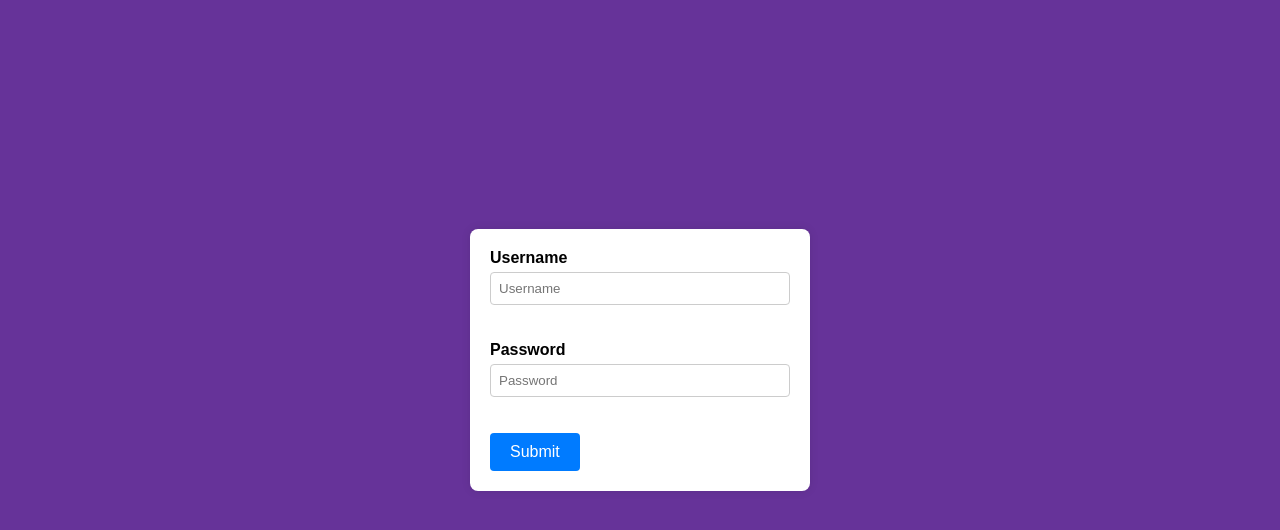
Repository: Ndifoinhilary/authentication
Page: http://localhost/auth/register/
The author's editor kept a copy of each file at every save. The page is drawn from the files as they stood at one save, then again after the next save.
The browser window is 1280 px wide. The pictures show the whole page.
The page is served by the project's application, run on Django 3.2 (manage.py).

Above is the page before, as saved 2024-01-05 06:52:28.

After the next save:
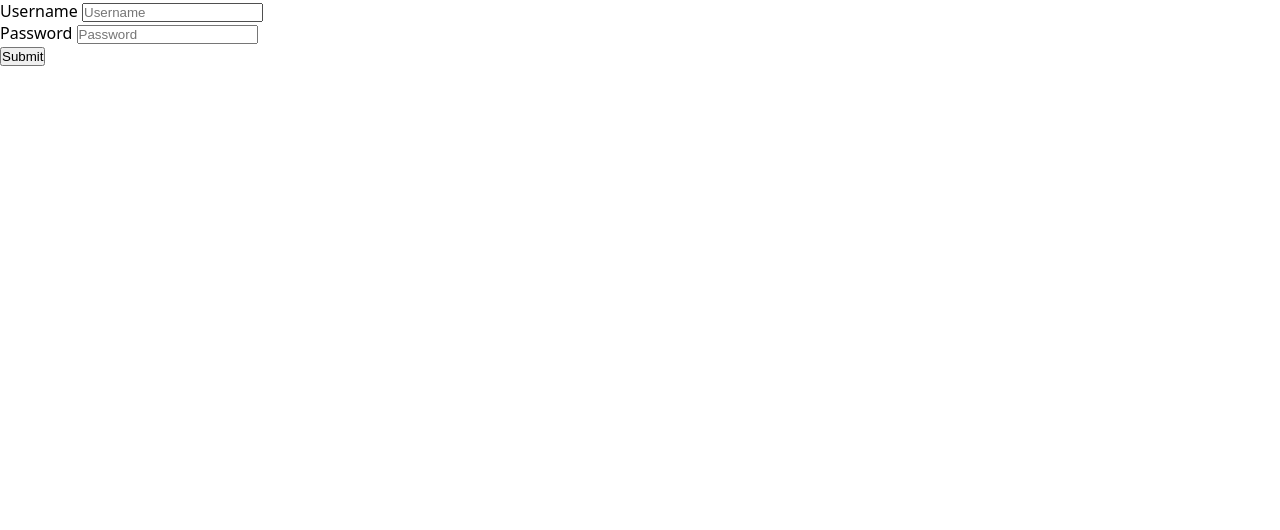
Saved 76 min 42 s later.
--- a/Auth/templates/register.html
+++ b/Auth/templates/register.html
@@ -5,7 +5,7 @@
 <head>
     <meta charset="UTF-8">
     <meta name="viewport" content="width=device-width, initial-scale=1.0">
-    <link rel='stylesheet' type='text/css' media='screen' href="{% static 'css/register.css' %}">
+    <link rel="stylesheet" href="{% static 'css/home.css' %}">
     <title>Register</title>
 </head>
 

After the save that followed:
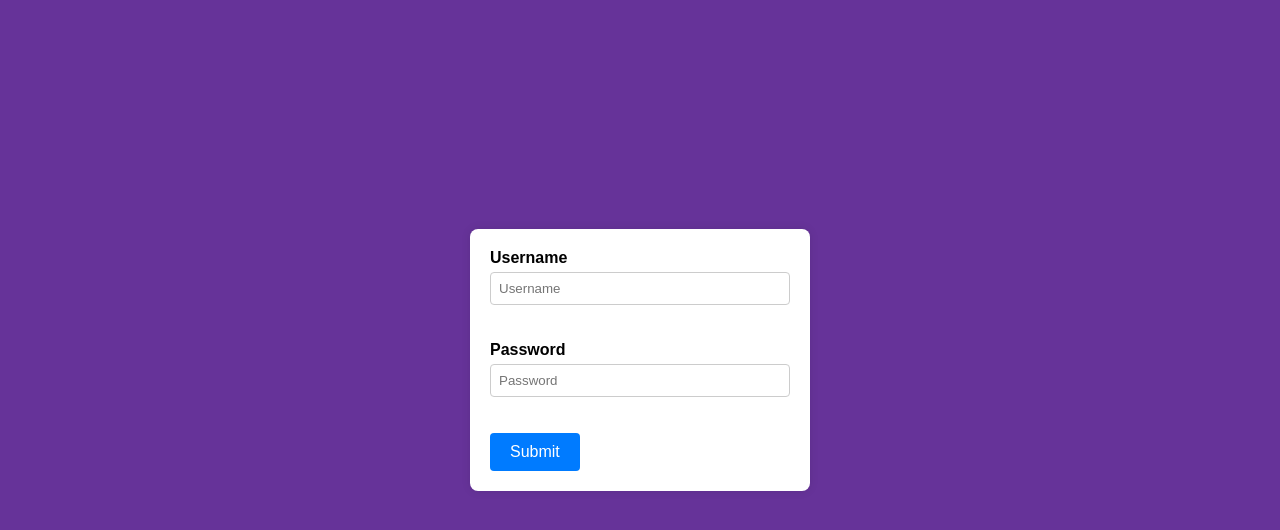
Saved 40 s later.
--- a/Auth/templates/register.html
+++ b/Auth/templates/register.html
@@ -5,7 +5,7 @@
 <head>
     <meta charset="UTF-8">
     <meta name="viewport" content="width=device-width, initial-scale=1.0">
-    <link rel="stylesheet" href="{% static 'css/home.css' %}">
+    <link rel="stylesheet" href="{% static 'css/register.css' %}">
     <title>Register</title>
 </head>
 
